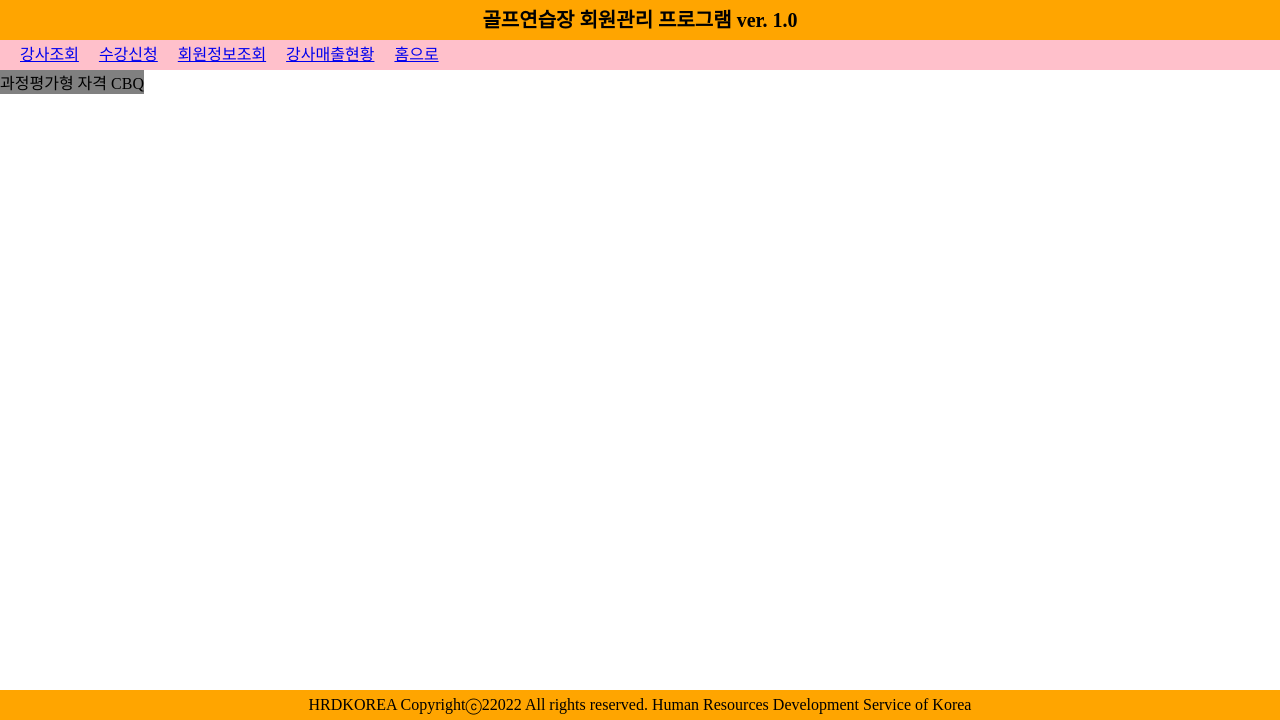
Repository: leesuyeon116/HRD_3
Page: http://localhost/HRD_0505/
The author's editor kept a copy of each file at every save. The page is drawn from the files as they stood at one save, then again after the next save.
The browser window is 1280 px wide. The pictures show the whole page.
The page is served by Tomcat 9.

Above is the page before, as saved 2024-05-05 08:29:00.

### workspace/HRD_0505/src/main/webapp/index.jsp
<%@ page language="java" contentType="text/html; charset=UTF-8"
    pageEncoding="UTF-8"%>
<!DOCTYPE html>
<html>
<head>
<meta charset="UTF-8">
<title>index</title>
</head>
<body>
<jsp:include page="header.jsp"></jsp:include>
<section style="position: fixed; top: 70px; left: 0px; background-color: gray ">
과정평가형 자격 CBQ
</section>

<jsp:include page="footer.jsp"></jsp:include>
</body>
</html>

### workspace/HRD_0505/src/main/webapp/header.jsp
<%@ page language="java" contentType="text/html; charset=UTF-8"
    pageEncoding="UTF-8"%>
<!DOCTYPE html>
<html>
<head>
<meta charset="UTF-8">
<title>header</title>
</head>
<body>
<header style="position: fixed; top: 0px; left: 0px; width: 100%; height: 40px; line-height: 40px; background-color: orange;
	text-align: center; font-size: 20px">
<b>골프연습장 회원관리 프로그램 ver. 1.0</b>
</header>

<nav style="position: fixed; top: 40px; left: 0px; width: 100%; height: 30px; line-height: 30px; background-color: pink;
	padding-left: 20px">
	<a href=".jsp">강사조회</a> &nbsp; &nbsp;
	<a href=".jsp">수강신청</a> &nbsp; &nbsp;
	<a href="m_list.jsp">회원정보조회</a> &nbsp; &nbsp;
	<a href=".jsp">강사매출현황</a> &nbsp; &nbsp;
	<a href="index.jsp">홈으로</a> &nbsp; &nbsp;
</nav>
</body>
</html>

### workspace/HRD_0505/src/main/webapp/footer.jsp
<%@ page language="java" contentType="text/html; charset=UTF-8"
    pageEncoding="UTF-8"%>
<!DOCTYPE html>
<html>
<head>
<meta charset="UTF-8">
<title>footer</title>
</head>
<body>
<footer style="position: fixed; bottom: 0px; left: 0px; width: 100%; height: 30px; line-height: 30px; background-color: orange;
	text-align: center">
	HRDKOREA Copyrightⓒ22022 All rights reserved. Human Resources Development Service of Korea
</footer>
</body>
</html>

After the next save:
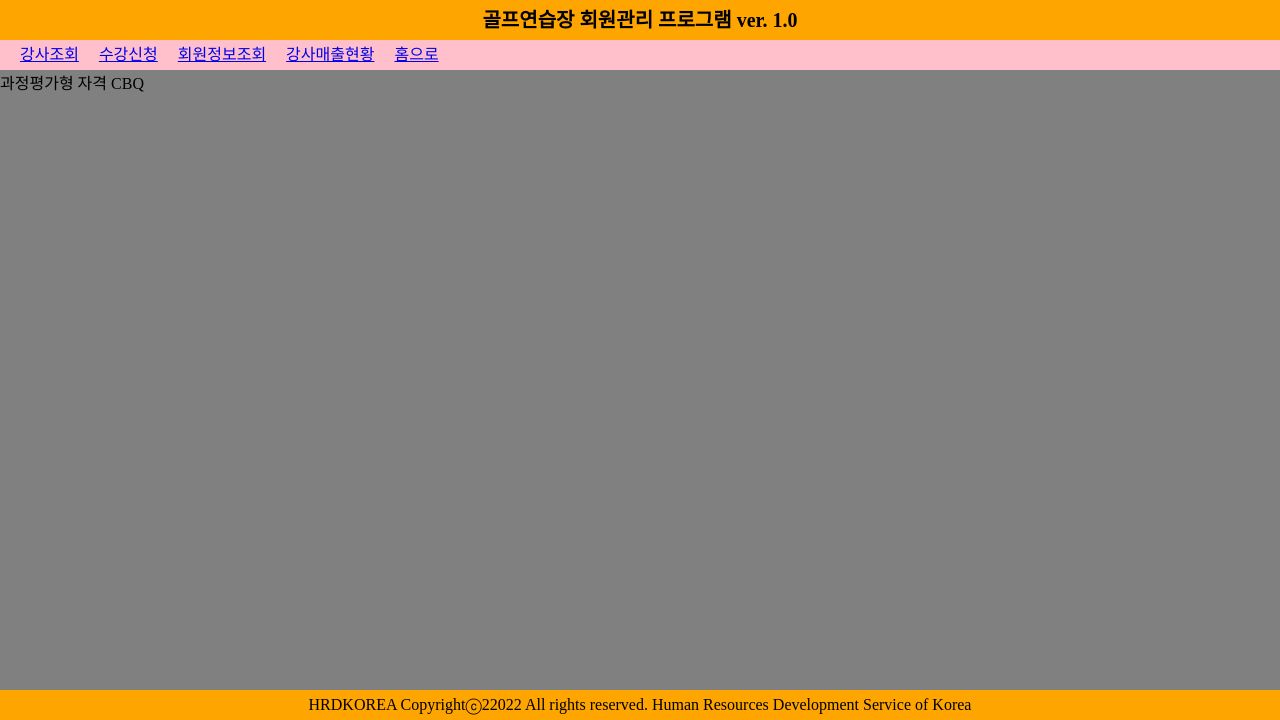
Saved 38 s later.
--- a/workspace/HRD_0505/src/main/webapp/index.jsp
+++ b/workspace/HRD_0505/src/main/webapp/index.jsp
@@ -8,7 +8,7 @@
 </head>
 <body>
 <jsp:include page="header.jsp"></jsp:include>
-<section style="position: fixed; top: 70px; left: 0px; background-color: gray ">
+<section style="position: fixed; top: 70px; left: 0px; width: 100%; height: 100%; background-color: gray ">
 과정평가형 자격 CBQ
 </section>
 
